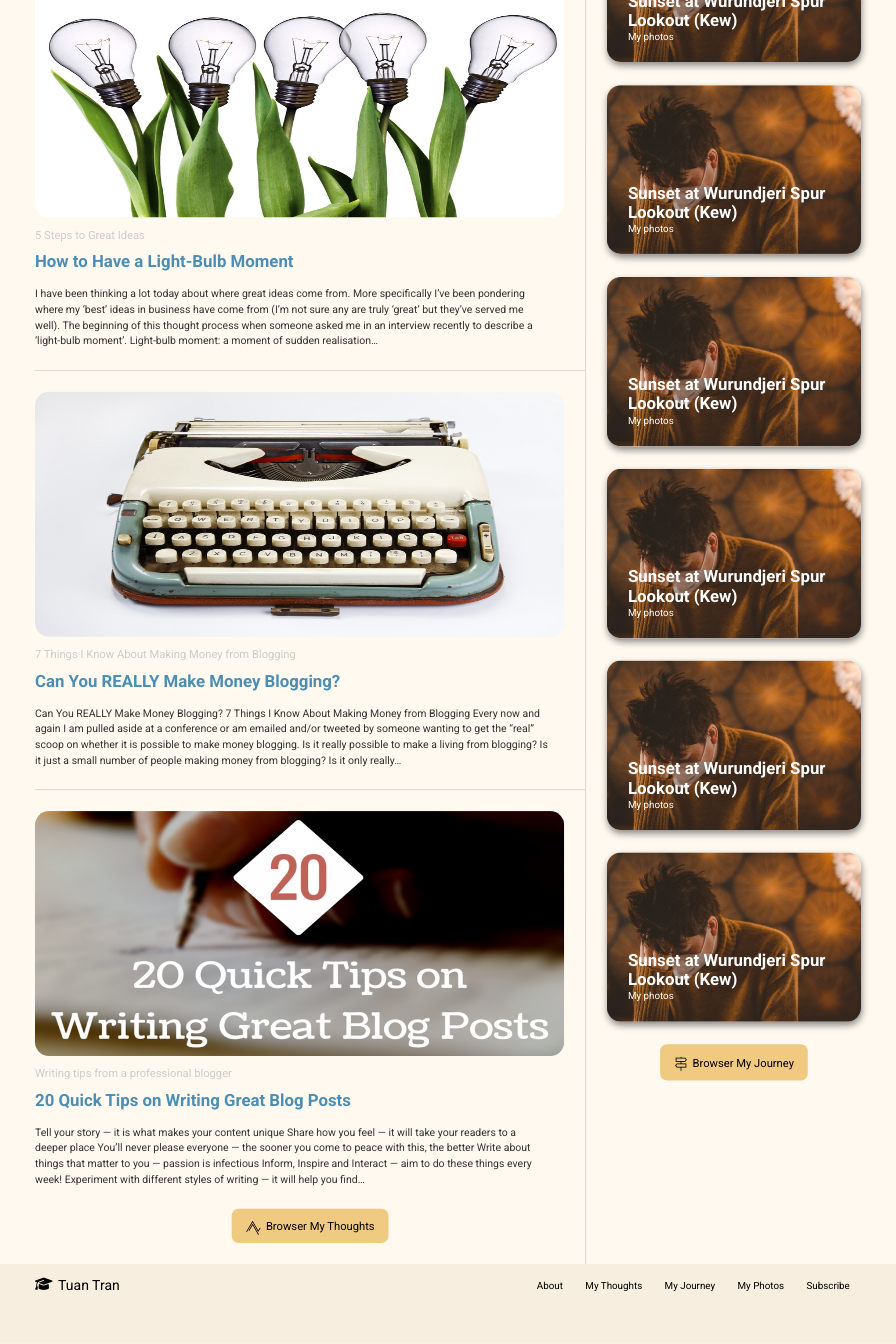
Repository: TranDinhTuann/Blog-Demo
Page: index.html
An editor plug-in stored every save of this project. The page is shown before and after the next save, followed by the edit.
The browser window is 1280 px wide. The pictures show the part of the page from y = 974 to 2894 px (the page is 2894 px tall), at 70% of full size.

Above is the page before, as saved 2023-03-22 22:01:21.

After the next save:
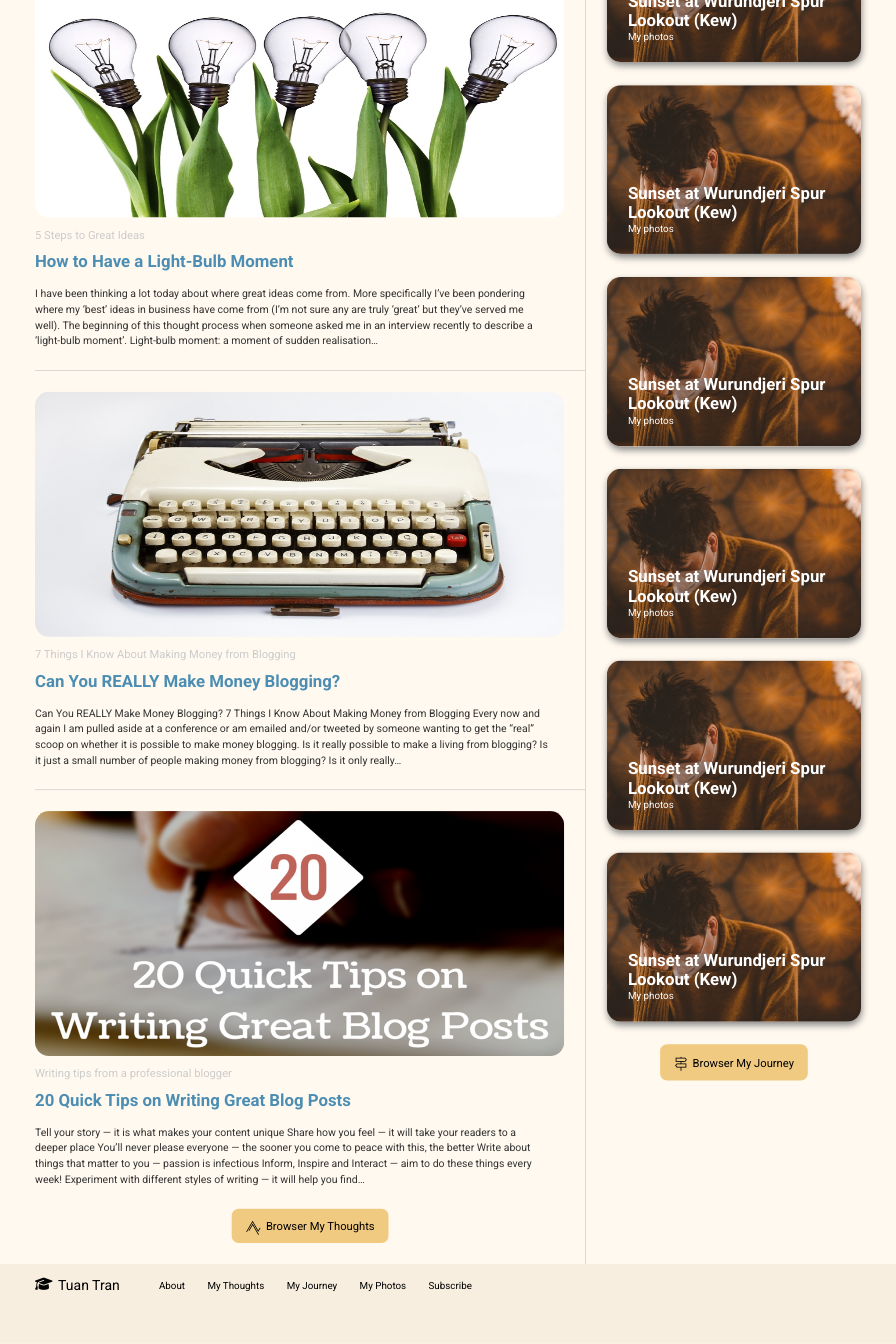
Saved 46 s later.
--- a/assets/css/main.css
+++ b/assets/css/main.css
@@ -213,4 +213,7 @@
 }
 .footer-content{
     margin: 0 50px;
-}
+    display: flex;
+    justify-items: center;
+    align-items: ;
+}

After the 3 saves that followed:
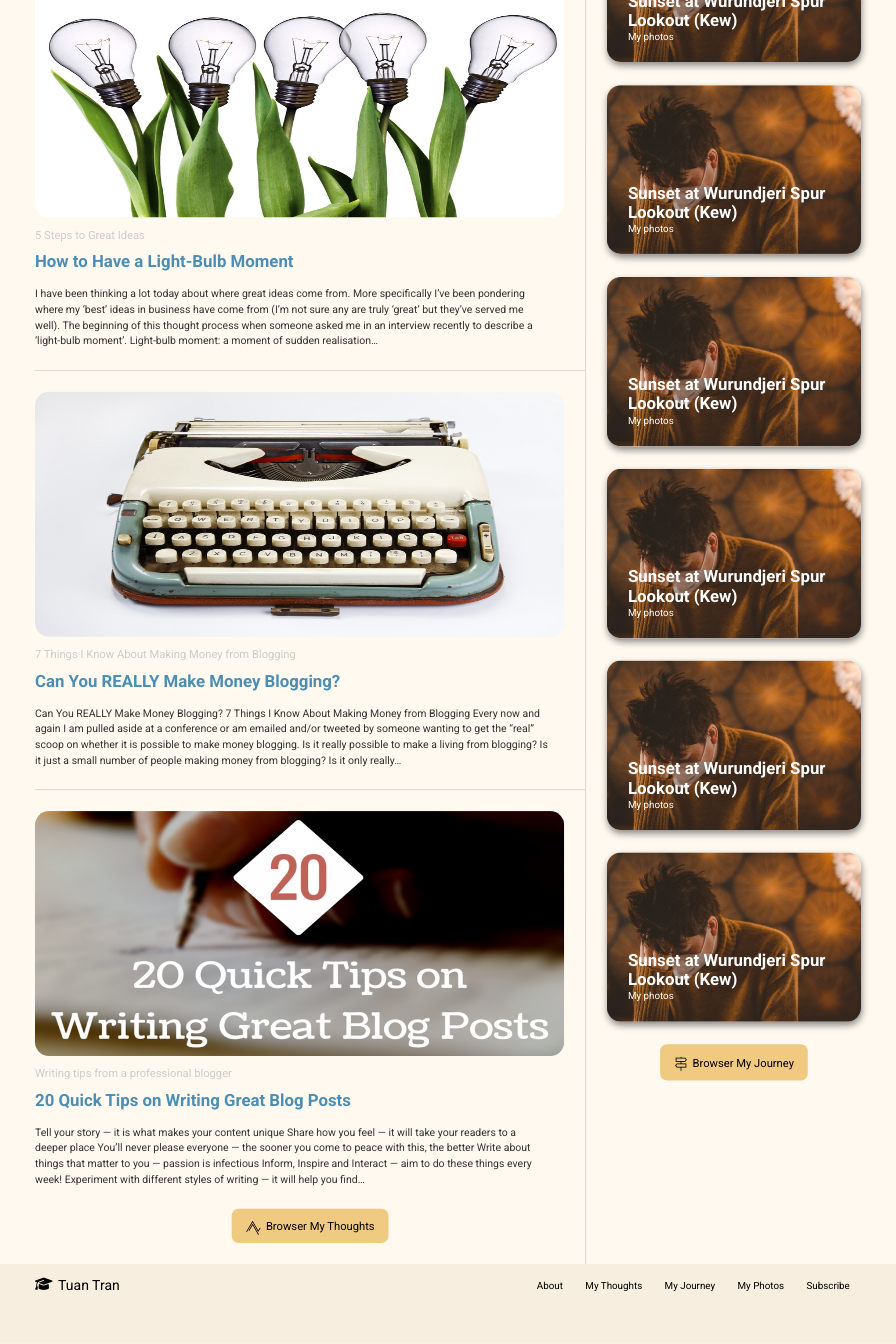
The 3 saves are shown as one change because 2 left the picture as it was.
The last was saved 61 s later.
--- a/assets/css/main.css
+++ b/assets/css/main.css
@@ -213,7 +213,4 @@
 }
 .footer-content{
     margin: 0 50px;
-    display: flex;
-    justify-items: center;
-    align-items: ;
-}
+}
